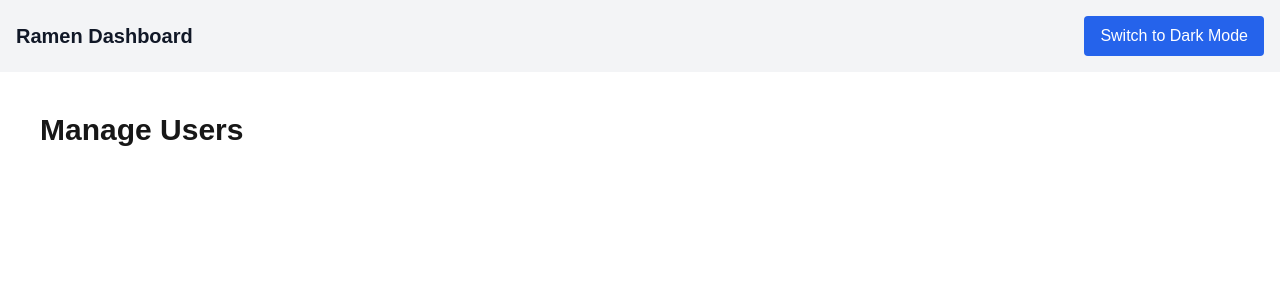
Repository: komuro-zero/ramen_dashboard
Page: /admin
The author's editor kept a copy of each file at every save. The page is drawn from the files as they stood at one save, then again after the next save.
The browser window is 1280 px wide. The pictures show the whole page.
The page's requests for data from a server got no answer. The project was rebuilt for these pictures with package versions that can differ from the ones it lists, and the page was loaded fresh each time. The framework's server and built-in components were replaced by stand-ins that run in the browser. No one was signed in, and anything a server would have sent is missing. Also part of the build but not shown: next.config.ts.

Above is the page before, as saved 2025-01-20 22:31:16.

### app/layout.tsx
import "./globals.css";
import { ThemeToggle } from "@/components/ThemeToggle"; // Import ThemeToggle component

export const metadata = {
  title: "Ramen Dashboard",
  description: "Filter restaurants based on your preferences",
};

export default function RootLayout({
  children,
}: {
  children: React.ReactNode;
}) {
  return (
    <html lang="en">
      <body>
        <header className="p-4 bg-gray-100 dark:bg-gray-900 text-gray-900 dark:text-gray-100 flex justify-between items-center">
          <h1 className="text-xl font-bold">Ramen Dashboard</h1>
          <ThemeToggle />
        </header>
        <main className="p-4">{children}</main>
      </body>
    </html>
  );
}

### app/admin/page.tsx
"use client";

import { useEffect, useState } from "react";

interface User {
    id: number;
    name: string;
    email: string;
    isApproved: boolean;
}

export default function ManageUsers() {
    const [users, setUsers] = useState<User[]>([]);

    useEffect(() => {
        async function fetchUsers() {
            const res = await fetch("/api/admin/users");
            setUsers(await res.json());
        }
        fetchUsers();
    }, []);

    const handleApprove = async (userId: number) => {
        await fetch(`/api/admin/approve/${userId}`, { method: "POST" });
        setUsers((prev) =>
            prev.map((user) =>
                user.id === userId ? { ...user, isApproved: true } : user
            )
        );
    };

    const handleDelete = async (userId: number) => {
        await fetch(`/api/admin/delete/${userId}`, { method: "DELETE" });
        setUsers((prev) => prev.filter((user) => user.id !== userId));
    };

    return (
        <div className="p-6">
            <h1 className="text-3xl font-bold mb-6">Manage Users</h1>
            <ul>
                {users.map((user) => (
                    <li key={user.id} className="mb-4 flex justify-between items-center">
                        <div>
                            <p>{user.name}</p>
                            <p className="text-sm text-gray-500">{user.email}</p>
                        </div>
                        {!user.isApproved ? (
                            <button
                                onClick={() => handleApprove(user.id)}
                                className="px-4 py-2 bg-green-600 text-white rounded hover:bg-green-700"
                            >
                                Approve
                            </button>
                        ) : (
                            <button
                                onClick={() => handleDelete(user.id)}
                                className="px-4 py-2 bg-red-600 text-white rounded hover:bg-red-700"
                            >
                                Delete
                            </button>
                        )}
                    </li>
                ))}
            </ul>
        </div>
    );
}

### app/globals.css
@tailwind base;
@tailwind components;
@tailwind utilities;

/* Default light mode */
:root {
  --background: #ffffff;
  --foreground: #171717;
}

/* Dark mode overrides */
body.dark {
  --background: #0a0a0a;
  --foreground: #ededed;
}

body {
  background: var(--background);
  color: var(--foreground);
  font-family: Arial, Helvetica, sans-serif;
}

### components/ThemeToggle.tsx
"use client";

import { useEffect, useState } from "react";

export function ThemeToggle() {
    const [theme, setTheme] = useState<"light" | "dark">("light");

    // Load the current theme from localStorage or default to light
    useEffect(() => {
        const savedTheme = localStorage.getItem("theme") as "light" | "dark";
        if (savedTheme) {
            setTheme(savedTheme);
            document.body.classList.toggle("dark", savedTheme === "dark");
        }
    }, []);

    // Toggle the theme and save it to localStorage
    const toggleTheme = () => {
        const newTheme = theme === "light" ? "dark" : "light";
        setTheme(newTheme);
        localStorage.setItem("theme", newTheme);
        document.body.classList.toggle("dark", newTheme === "dark");
    };

    return (
        <button
            onClick={toggleTheme}
            className="px-4 py-2 bg-blue-600 text-white rounded hover:bg-blue-700"
        >
            Switch to {theme === "light" ? "Dark" : "Light"} Mode
        </button>
    );
}

### components/Sidebar.tsx
import Link from "next/link";

export default function Sidebar() {
    return (
        <div className="w-64 h-full bg-gray-800 text-white flex flex-col">
            <h2 className="text-lg font-bold p-4">Admin Panel</h2>
            <nav className="flex flex-col">
                <Link href="/manage/shops">
                    <a className="p-4 hover:bg-gray-700">Manage Shops</a>
                </Link>
                <Link href="/manage/bowls">
                    <a className="p-4 hover:bg-gray-700">Manage Bowls</a>
                </Link>
                <Link href="/manage/allergens">
                    <a className="p-4 hover:bg-gray-700">Manage Allergens</a>
                </Link>
            </nav>
        </div>
    );
}

Loaded but not shown: tailwind.config.ts (common file)

After the next save:
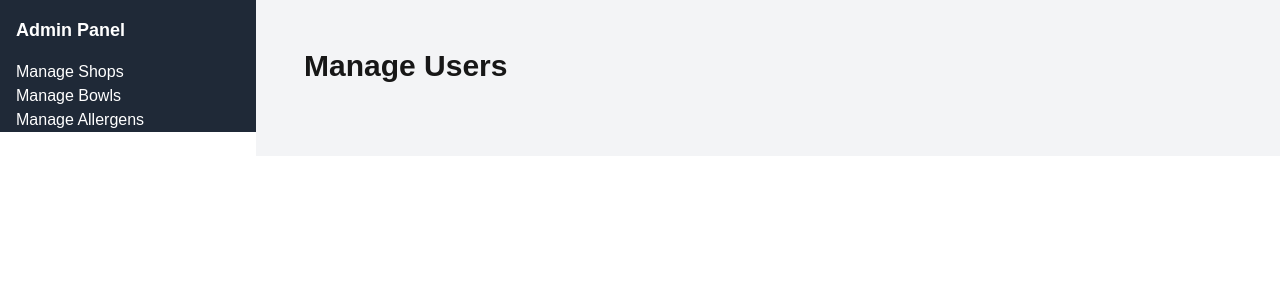
Saved 22 s later.
--- a/app/layout.tsx
+++ b/app/layout.tsx
@@ -1,9 +1,9 @@
 import "./globals.css";
-import { ThemeToggle } from "@/components/ThemeToggle"; // Import ThemeToggle component
+import Sidebar from "@/components/Sidebar";
 
 export const metadata = {
   title: "Ramen Dashboard",
-  description: "Filter restaurants based on your preferences",
+  description: "Filter restaurants and manage ramen information",
 };
 
 export default function RootLayout({
@@ -13,12 +13,9 @@ export default function RootLayout({
 }) {
   return (
     <html lang="en">
-      <body>
-        <header className="p-4 bg-gray-100 dark:bg-gray-900 text-gray-900 dark:text-gray-100 flex justify-between items-center">
-          <h1 className="text-xl font-bold">Ramen Dashboard</h1>
-          <ThemeToggle />
-        </header>
-        <main className="p-4">{children}</main>
+      <body className="flex">
+        <Sidebar />
+        <main className="flex-1 p-6 bg-gray-100">{children}</main>
       </body>
     </html>
   );
